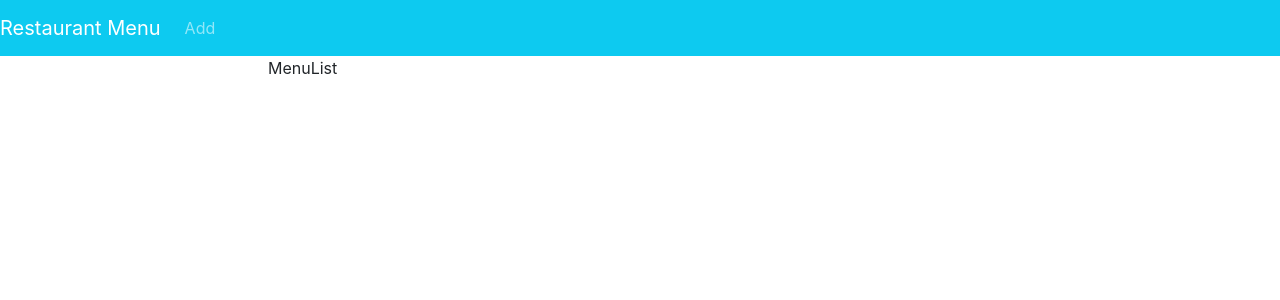
Repository: ShindanoSingi/restaurant-menu-front
Page: /
An editor plug-in stored every save of this project. The page is shown before and after the next save, followed by the edit.
The browser window is 1280 px wide. The pictures show the whole page.
The project was rebuilt for these pictures with package versions that can differ from the ones it lists, and the page was loaded fresh each time. Also part of the build but not shown: src/App.css, src/components/AddMenu.js, src/components/UpdateMenu.js.

Above is the page before, as saved 2023-01-07 23:27:46.

### public/index.html
<!DOCTYPE html>
<html lang="en">
  <head>
    <meta charset="utf-8" />
    <meta name="viewport" content="width=device-width, initial-scale=1" />
    <link href="https://cdn.jsdelivr.net/npm/bootstrap@5.2.3/dist/css/bootstrap.min.css" rel="stylesheet" integrity="sha384-rbsA2VBKQhggwzxH7pPCaAqO46MgnOM80zW1RWuH61DGLwZJEdK2Kadq2F9CUG65" crossorigin="anonymous"></link>
    <meta name="theme-color" content="#000000" />
    <meta
      name="description"
      content="Web site created using create-react-app"
    />
    <title>React App</title>
  </head>
  <body>
    <noscript>You need to enable JavaScript to run this app.</noscript>
    <div id="root"></div>
    <!--
      This HTML file is a template.
      If you open it directly in the browser, you will see an empty page.

      You can add webfonts, meta tags, or analytics to this file.
      The build step will place the bundled scripts into the <body> tag.

      To begin the development, run `npm start` or `yarn start`.
      To create a production bundle, use `npm run build` or `yarn build`.
    -->
  </body>
</html>

### src/index.js
import React from 'react';
import ReactDOM from 'react-dom/client';
import './index.css';
import App from './App';
import reportWebVitals from './reportWebVitals';
import { BrowserRouter } from 'react-router-dom';

const root = ReactDOM.createRoot(document.getElementById('root'));
root.render(
    <React.StrictMode>
        <BrowserRouter>
            <App />
        </BrowserRouter>
    </React.StrictMode>
);

reportWebVitals();

### src/index.css
body {
  margin: 0;
  font-family: -apple-system, BlinkMacSystemFont, 'Segoe UI', 'Roboto', 'Oxygen',
    'Ubuntu', 'Cantarell', 'Fira Sans', 'Droid Sans', 'Helvetica Neue',
    sans-serif;
  -webkit-font-smoothing: antialiased;
  -moz-osx-font-smoothing: grayscale;
}

code {
  font-family: source-code-pro, Menlo, Monaco, Consolas, 'Courier New',
    monospace;
}

.container {
  max-width: 60%;
}

### src/App.js
import { Link, Route, Routes } from "react-router-dom";
import './App.css';
import AddMenu from "./components/AddMenu";
import MenuList from "./components/MenuList";
import UpdateMenu from "./components/UpdateMenu";

function App() {
    return (
        <div>
            <nav className="navbar navbar-expand navbar-dark bg-info">
                <a href="/" className="navbar-brand">
                    Restaurant Menu
                </a>
                <div className="navbar-nav mr-auto">
                    <li className="nav-item">
                        <Link to={"/add/"} className="nav-link">
                            Add
                        </Link>
                    </li>
                </div>
            </nav>
            <div>
                <Routes>
                    <Route path='/' element={<MenuList />} />
                    <Route path='menus' element={<MenuList />} />
                    <Route path="add" element={<AddMenu />} />
                    <Route path="menu/:id/update" element={<UpdateMenu />} />
                </Routes>
            </div>
        </div>
    );
}

export default App;

### src/components/MenuList.js
import React from 'react'

function MenuList() {
    return (
        <div className='container'>MenuList</div>
    )
}

export default MenuList

Loaded but not shown: src/reportWebVitals.js (common file)

After the next save:
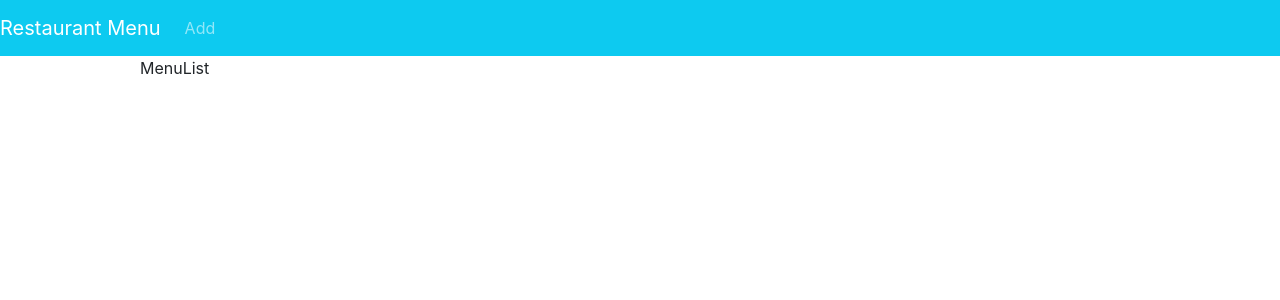
Saved 8 s later.
--- a/src/index.css
+++ b/src/index.css
@@ -13,5 +13,5 @@ code {
 }
 
 .container {
-  max-width: 60%;
+  max-width: 80%;
 }
